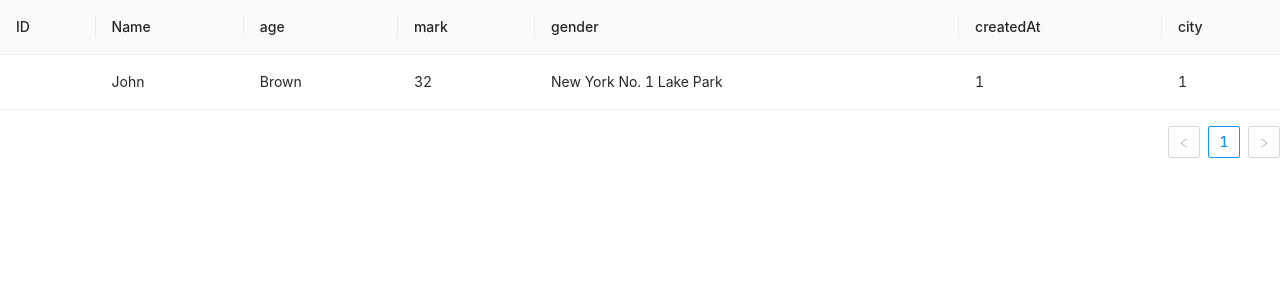
Repository: haminhdat1407/react-api-student
Page: /
An editor plug-in stored every save of this project. The page is shown before and after the next save, followed by the edit.
The browser window is 1280 px wide. The pictures show the whole page.
The page's requests for data from a server got no answer. The project was rebuilt for these pictures with package versions that can differ from the ones it lists, and the page was loaded fresh each time. No one was signed in, and anything a server would have sent is missing. Also part of the build but not shown: src/components/StudentList/style.css, src/styles.css.

Above is the page before, as saved 2022-03-12 19:22:41.

### public/index.html
<!DOCTYPE html>
<html lang="en">
  <head>
    <meta charset="utf-8" />
    <link rel="icon" href="%PUBLIC_URL%/favicon.ico" />
    <meta name="viewport" content="width=device-width, initial-scale=1" />
    <meta name="theme-color" content="#000000" />
    <meta
      name="description"
      content="Web site created using create-react-app"
    />
    <link rel="apple-touch-icon" href="%PUBLIC_URL%/logo192.png" />
    <link rel="stylesheet" href="https://cdnjs.cloudflare.com/ajax/libs/font-awesome/6.0.0/css/all.min.css" integrity="sha512-9usAa10IRO0HhonpyAIVpjrylPvoDwiPUiKdWk5t3PyolY1cOd4DSE0Ga+ri4AuTroPR5aQvXU9xC6qOPnzFeg==" crossorigin="anonymous" referrerpolicy="no-referrer" />
    <!--
      manifest.json provides metadata used when your web app is installed on a
      user's mobile device or desktop. See https://developers.google.com/web/fundamentals/web-app-manifest/
    -->
    <link rel="manifest" href="%PUBLIC_URL%/manifest.json" />

    <!--
      Notice the use of %PUBLIC_URL% in the tags above.
      It will be replaced with the URL of the `public` folder during the build.
      Only files inside the `public` folder can be referenced from the HTML.

      Unlike "/favicon.ico" or "favicon.ico", "%PUBLIC_URL%/favicon.ico" will
      work correctly both with client-side routing and a non-root public URL.
      Learn how to configure a non-root public URL by running `npm run build`.
    -->
    <title>React App</title>
  </head>
  <body>
    <noscript>You need to enable JavaScript to run this app.</noscript>
    <div id="root"></div>
    <!--
      This HTML file is a template.
      If you open it directly in the browser, you will see an empty page.

      You can add webfonts, meta tags, or analytics to this file.
      The build step will place the bundled scripts into the <body> tag.

      To begin the development, run `npm start` or `yarn start`.
      To create a production bundle, use `npm run build` or `yarn build`.
    -->
  </body>
</html>

### src/App.js
import { useEffect, useState } from 'react';
import studentApi from './apis/studentApi';
import StudentList from './components/StudentList';
import './styles.css';

export default function App() {
  const [studentList, setStudentList] = useState([]);
  const [idRemove, setIdRemove] = useState('');

  // get All
  useEffect(() => {
    try {
      (async () => {
        const responseStudent = await studentApi.getAll();
        setStudentList(responseStudent);
      })();
    } catch (error) {
      console.log(error);
    }
  }, []);

  //remove
  useEffect(() => {
    try {
      if (idRemove) {
        (async () => {
          const studentRemove = await studentApi.removeStudentByID(idRemove);
        })();
      }
    } catch (error) {
      console.log(error);
    }
  }, [idRemove]);
  const handleRemoveUser = (idDeleted) => {
    setIdRemove(idDeleted);

    const newStudentList = studentList.filter((student) => {
      // tra ve 1 mang moi...khong co id can xoa
      return student.id !== idDeleted;
    });
    setStudentList(newStudentList);
  };
  //  [dat01, dat02]].len 2 2

  //  id : "dat" + (data.lenght + 1)
  //  6 filed
  return (
    <>
      <StudentList data={studentList} onRemove={handleRemoveUser} />
    </>
  );
}

### src/apis/studentApi.js
import axiosClient from './axiosClient';

const studentApi = {
  getAll() {
    const url = `students`;
    return axiosClient.get(url);
  },

  removeStudentByID(id) {
    const url = `students/${id}`;
    return axiosClient.delete(url);
  },
};

export default studentApi;

### src/components/StudentList/index.jsx
import { Table } from 'antd';
import 'antd/dist/antd.css';
import PropTypes from 'prop-types';
import React from 'react';
import './style.css';

const { Column, ColumnGroup } = Table;

StudentList.propTypes = {
  data: PropTypes.array,
  onRemove: PropTypes.func,
};

function StudentList({ data, onRemove }) {
  console.log(data);
  const dataStudents = [
    {
      key: data.id,
      id: data.id,
      name: 'John',
      age: 'Brown',
      mark: 32,
      gender: 'New York No. 1 Lake Park',
      createdAt: 1,
      city: 1,
    },
  ];

  const handleRemove = (id) => {
    onRemove(id);
  };

  return (
    <Table dataSource={dataStudents}>
      <Column title='ID' dataIndex='id' key='id' />
      <Column title='Name' dataIndex='name' key='name' />
      <Column title='age' dataIndex='age' key='age' />
      <Column title='mark' dataIndex='mark' key='mark' />
      <Column title='gender' dataIndex='gender' key='gender' />
      <Column title='createdAt' dataIndex='createdAt' key='createdAt' />
      <Column title='city' dataIndex='city' key='city' />
    </Table>
  );
}

export default StudentList;

### src/apis/axiosClient.js
import axios from 'axios';

const axiosClient = axios.create({
  baseURL: 'https://js-post-api.herokuapp.com/api/',
  headers: {
    'Content-Type': 'application/json',
  },
});

axiosClient.interceptors.request.use(
  function (config) {
    return config;
  },
  function (error) {
    return Promise.reject(error);
  }
);

// Add a response interceptor
axiosClient.interceptors.response.use(
  function (response) {
    return response.data;
  },
  function (error) {
    return Promise.reject(error);
  }
);

export default axiosClient;

Loaded but not shown: src/index.js (common file); src/index.css (common file); src/reportWebVitals.js (common file)

After the next save:
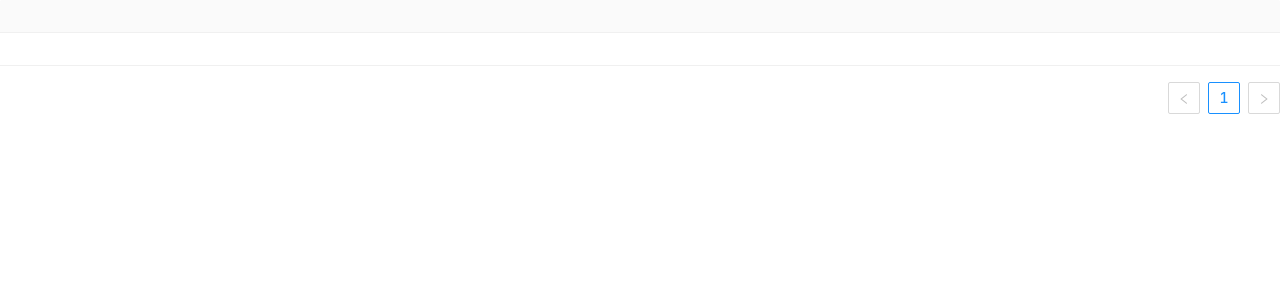
Saved 12 s later.
--- a/src/components/StudentList/index.jsx
+++ b/src/components/StudentList/index.jsx
@@ -32,13 +32,13 @@
 
   return (
     <Table dataSource={dataStudents}>
-      <Column title='ID' dataIndex='id' key='id' />
+      {/* <Column title='ID' dataIndex='id' key='id' />
       <Column title='Name' dataIndex='name' key='name' />
       <Column title='age' dataIndex='age' key='age' />
       <Column title='mark' dataIndex='mark' key='mark' />
       <Column title='gender' dataIndex='gender' key='gender' />
       <Column title='createdAt' dataIndex='createdAt' key='createdAt' />
-      <Column title='city' dataIndex='city' key='city' />
+      <Column title='city' dataIndex='city' key='city' /> */}
     </Table>
   );
 }

After the save that followed:
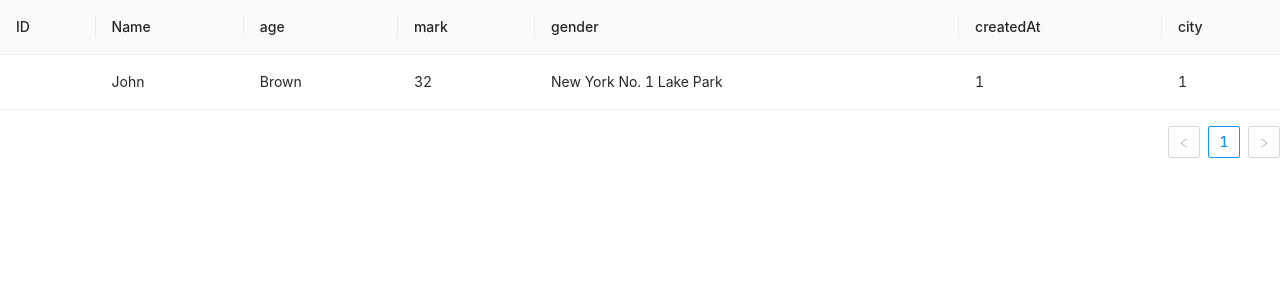
Saved 9 s later.
--- a/src/components/StudentList/index.jsx
+++ b/src/components/StudentList/index.jsx
@@ -32,13 +32,13 @@
 
   return (
     <Table dataSource={dataStudents}>
-      {/* <Column title='ID' dataIndex='id' key='id' />
+      <Column title='ID' dataIndex='id' key='id' />
       <Column title='Name' dataIndex='name' key='name' />
       <Column title='age' dataIndex='age' key='age' />
       <Column title='mark' dataIndex='mark' key='mark' />
       <Column title='gender' dataIndex='gender' key='gender' />
       <Column title='createdAt' dataIndex='createdAt' key='createdAt' />
-      <Column title='city' dataIndex='city' key='city' /> */}
+      <Column title='city' dataIndex='city' key='city' />
     </Table>
   );
 }
